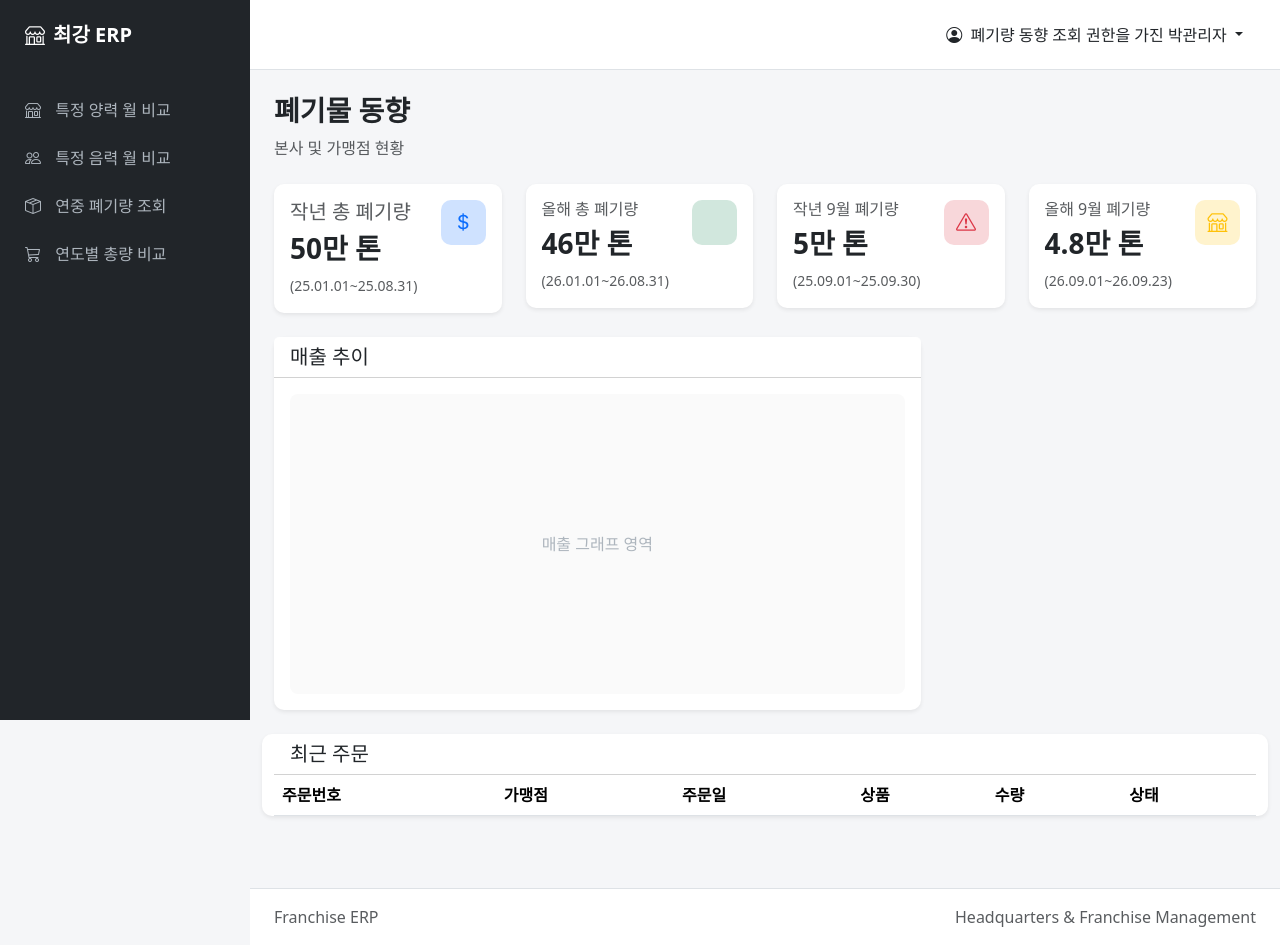
Repository: nojong99/kosta
Page: 32_MVCModel2/src/main/webapp/wasteTrends.html
The author's editor kept a copy of each file at every save. The page is drawn from the files as they stood at one save, then again after a run of saves.
The browser window is 1280 px wide. The pictures show the whole page.

Above is the page before, as saved 2026-09-23 03:08:06.

### 32_MVCModel2/src/main/webapp/wasteTrends.html
<!DOCTYPE html>
<html lang="ko">

<head>
    <meta charset="UTF-8">
    <meta name="viewport" content="width=device-width, initial-scale=1">

    <title>Franchise ERP</title>

    <link
        href="https://cdn.jsdelivr.net/npm/bootstrap@5.3.8/dist/css/bootstrap.min.css"
        rel="stylesheet">
    <link
        rel="stylesheet"
        href="https://cdn.jsdelivr.net/npm/bootstrap-icons@1.13.1/font/bootstrap-icons.min.css">
	<link rel="stylesheet" href="css/wasteTrends.css">


</head>


<body>

<div class="sidebar">

    <div class="logo">

        <i class="bi bi-shop me-2"></i>

        <span>최강 ERP</span>

    </div>


    <ul class="nav flex-column mt-3">


        <!-- 대시보드 -->

        <li class="nav-item">

            <a class="nav-link" href="#">

                <i class="bi bi-shop"></i>

                <span>특정 양력 월 비교</span>

            </a>

        </li>

        <li class="nav-item">

            <a class="nav-link" href="#">

                <i class="bi bi-people"></i>

                <span>특정 음력 월 비교</span>

            </a>

        </li>

        <li class="nav-item">

            <a class="nav-link" href="#">

                <i class="bi bi-box-seam"></i>

                <span>연중 폐기량 조회</span>

            </a>

        </li>

        <li class="nav-item">

            <a class="nav-link" href="#">

                <i class="bi bi-cart3"></i>

                <span>연도별 총량 비교</span>

            </a>

        </li>



    </ul>

</div>



<!-- ==================================================
     MAIN
================================================== -->

<div class="main">


    <!-- ==================================================
         TOPBAR
    ================================================== -->

    <nav class="navbar topbar px-4">

        <div>

            <button
                class="btn btn-light d-md-none">

                <i class="bi bi-list"></i>
            </button>

        </div>


        <div class="dropdown">

            <button
                class="btn dropdown-toggle"
                data-bs-toggle="dropdown">

                <i class="bi bi-person-circle me-1"></i>

                폐기량 동향 조회 권한을 가진 박관리자

            </button>


            <ul class="dropdown-menu dropdown-menu-end">

                <li>
                    <a class="dropdown-item" href="#">
                        프로필
                    </a>
                </li>

                <li>
                    <a class="dropdown-item" href="#">
                        설정
                    </a>
                </li>

                <li>
                    <hr class="dropdown-divider">
                </li>

                <li>
                    <a class="dropdown-item" href="#">
                        로그아웃
                    </a>
                </li>

            </ul>

        </div>

    </nav>



    <main class="container-fluid p-4">

        <div class="mb-4">

            <h3 class="fw-bold">
                폐기물 동향
            </h3>

            <p class="text-muted mb-0">
                본사 및 가맹점 현황
            </p>

        </div>

        <div class="row g-4 mb-4">
            <div class="col-12 col-sm-6 col-xl-3">

                <div class="card dashboard-card shadow-sm">

                    <div class="card-body">

                        <div class="d-flex justify-content-between">

                            <div>

                                <h5 class="text-muted">
                                    작년 총 폐기량
                                </h5 >

                                <h3 class="fw-bold">
                                    50만 톤
                                </h3>

                            </div>


                            <div class="dashboard-icon bg-primary-subtle text-primary">

                                <i class="bi bi-currency-dollar"></i>

                            </div>

                        </div>

                        <small class="text-muted">
                            (25.01.01~25.08.31)
                        </small>

                    </div>

                </div>

            </div>

            <div class="col-12 col-sm-6 col-xl-3">

                <div class="card dashboard-card shadow-sm">

                    <div class="card-body">

                        <div class="d-flex justify-content-between">

                            <div>

                                <h6 class="text-muted">
                                    올해 총 폐기량
                                </h6>

                                <h3 class="fw-bold">
                                    46만 톤
                                </h3>

                            </div>


                            <div class="dashboard-icon bg-success-subtle text-success">

                            </div>

                        </div>

                        <small class="text-muted">
                            (26.01.01~26.08.31)
                        </small>

                    </div>

                </div>

            </div>

            <div class="col-12 col-sm-6 col-xl-3">

                <div class="card dashboard-card shadow-sm">

                    <div class="card-body">

                        <div class="d-flex justify-content-between">

                            <div>

                                <h6 class="text-muted">
									작년 9월 폐기량
                                </h6>

                                <h3 class="fw-bold">
                                    5만 톤
                                </h3>

                            </div>


                            <div class="dashboard-icon bg-danger-subtle text-danger">

                                <i class="bi bi-exclamation-triangle"></i>

                            </div>

                        </div>

                        <small class="text-muted">
                            (25.09.01~25.09.30)
                        </small>

                    </div>

                </div>

            </div>

            <div class="col-12 col-sm-6 col-xl-3">

                <div class="card dashboard-card shadow-sm">

                    <div class="card-body">

                        <div class="d-flex justify-content-between">

                            <div>

                                <h6 class="text-muted">
                                    올해 9월 폐기량
                                </h6>

                                <h3 class="fw-bold">
                                    4.8만 톤
                                </h3>

                            </div>


                            <div class="dashboard-icon bg-warning-subtle text-warning">

                                <i class="bi bi-shop"></i>

                            </div>

                        </div>

                        <small class="text-muted">
							(26.09.01~26.09.23)
                        </small>

                    </div>

                </div>

            </div>

        </div>



        <!-- ==================================================
             2. 매출 / 재고
        ================================================== -->

        <div class="row g-4 mb-4">


            <!-- 매출 그래프 -->

            <div class="col-12 col-xl-8">

                <div class="card dashboard-card shadow-sm">

                    <div class="card-header bg-white">

                        <h5 class="mb-0">
                            매출 추이
                        </h5>

                    </div>

                    <div class="card-body">

                        <div class="chart-area">

                            <span>
                                매출 그래프 영역
                            </span>

                        </div>

                    </div>

                </div>

            </div>














        <!-- ==================================================
             4. 최근 주문
        ================================================== -->

        <div class="card dashboard-card shadow-sm">


            <div class="card-header bg-white">

                <h5 class="mb-0">
                    최근 주문
                </h5>

            </div>


            <div class="card-body p-0">

                <div class="table-responsive">

                    <table class="table table-hover mb-0">

                        <thead>

                            <tr>

                                <th>주문번호</th>

                                <th>가맹점</th>

                                <th>주문일</th>

                                <th>상품</th>

                                <th>수량</th>

                                <th>상태</th>

                            </tr>

                        </thead>


                        <tbody>

                            <!--
                                나중에 DB에서 가져온 데이터를
                                여기에 출력
                            -->

                        </tbody>

                    </table>

                </div>

            </div>

        </div>


    </main>



    <!-- ==================================================
         FOOTER
    ================================================== -->

    <footer class="py-3 mt-4 bg-white border-top">

        <div class="container-fluid px-4">

            <div class="d-flex justify-content-between">

                <span class="text-muted">
                    Franchise ERP
                </span>

                <span class="text-muted">
                    Headquarters & Franchise Management
                </span>

            </div>

        </div>

    </footer>


</div>



<!-- Bootstrap 5 JS -->

<script
    src="https://cdn.jsdelivr.net/npm/bootstrap@5.3.8/dist/js/bootstrap.bundle.min.js">
</script>


</body>

</html>

### 32_MVCModel2/src/main/webapp/css/wasteTrends.css
@charset "UTF-8";


body {
    background-color: #f5f6f8;
}

/* 사이드바 */
.sidebar {
    width: 250px;
    min-height: 100vh;
    background-color: #212529;
    position: fixed;
    left: 0;
    top: 0;
}

.sidebar .logo {
    height: 70px;
    display: flex;
    align-items: center;
    padding: 0 25px;
    font-size: 20px;
    font-weight: bold;
    color: white;
}

.sidebar .nav-link {
    color: #adb5bd;
    padding: 12px 25px;
}

.sidebar .nav-link:hover,
.sidebar .nav-link.active {
    color: white;
    background-color: #343a40;
}

.sidebar .nav-link i {
    margin-right: 10px;
}

/* 메인 */
.main {
    margin-left: 250px;
    min-height: 100vh;
}

/* 상단바 */
.topbar {
    height: 70px;
    background-color: white;
    border-bottom: 1px solid #dee2e6;
}

/* 카드 */
.dashboard-card {
    border: none;
    border-radius: 10px;
}

.dashboard-icon {
    width: 45px;
    height: 45px;
    border-radius: 10px;

    display: flex;
    align-items: center;
    justify-content: center;

    font-size: 20px;
}

/* 차트 영역 */
.chart-area {
    height: 300px;

    display: flex;
    align-items: center;
    justify-content: center;

    color: #adb5bd;
    background-color: #fafafa;
    border-radius: 8px;
}

/* 빈 데이터 */
.empty-data {
    height: 150px;

    display: flex;
    align-items: center;
    justify-content: center;

    color: #adb5bd;
}

@media (max-width: 768px) {

    .sidebar {
        width: 70px;
    }

    .sidebar .logo span,
    .sidebar .nav-link span {
        display: none;
    }

    .sidebar .nav-link {
        text-align: center;
        padding: 15px 0;
    }

    .sidebar .nav-link i {
        margin: 0;
    }

    .main {
        margin-left: 70px;
    }

}

After the next 2 saves:
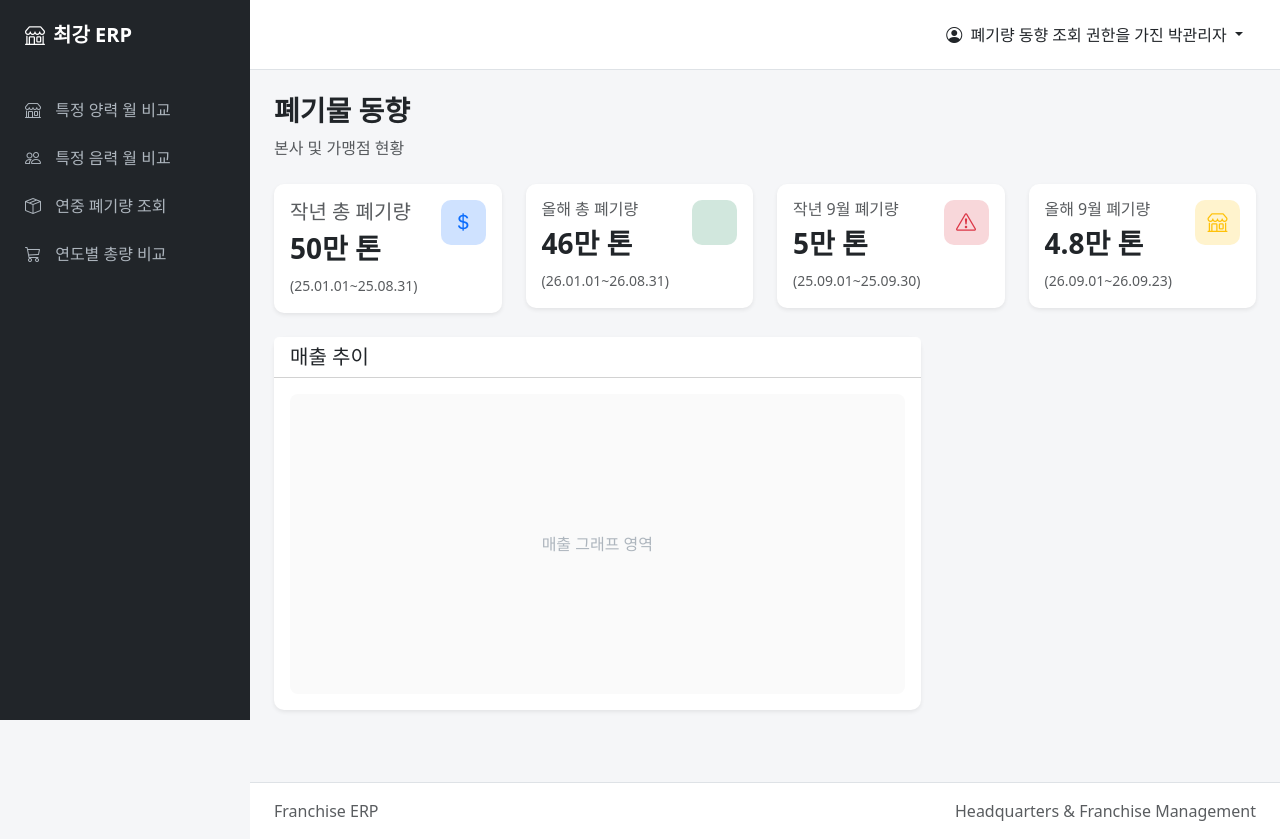
The 2 saves are shown as one change because they came seconds apart.
The last was saved 18 s later.
--- a/32_MVCModel2/src/main/webapp/wasteTrends.html
+++ b/32_MVCModel2/src/main/webapp/wasteTrends.html
@@ -372,80 +372,6 @@
 
             </div>
 
-
-
-
-
-
-
-
-
-
-
-
-
-
-        <!-- ==================================================
-             4. 최근 주문
-        ================================================== -->
-
-        <div class="card dashboard-card shadow-sm">
-
-
-            <div class="card-header bg-white">
-
-                <h5 class="mb-0">
-                    최근 주문
-                </h5>
-
-            </div>
-
-
-            <div class="card-body p-0">
-
-                <div class="table-responsive">
-
-                    <table class="table table-hover mb-0">
-
-                        <thead>
-
-                            <tr>
-
-                                <th>주문번호</th>
-
-                                <th>가맹점</th>
-
-                                <th>주문일</th>
-
-                                <th>상품</th>
-
-                                <th>수량</th>
-
-                                <th>상태</th>
-
-                            </tr>
-
-                        </thead>
-
-
-                        <tbody>
-
-                            <!--
-                                나중에 DB에서 가져온 데이터를
-                                여기에 출력
-                            -->
-
-                        </tbody>
-
-                    </table>
-
-                </div>
-
-            </div>
-
-        </div>
-
-
     </main>
 
 
